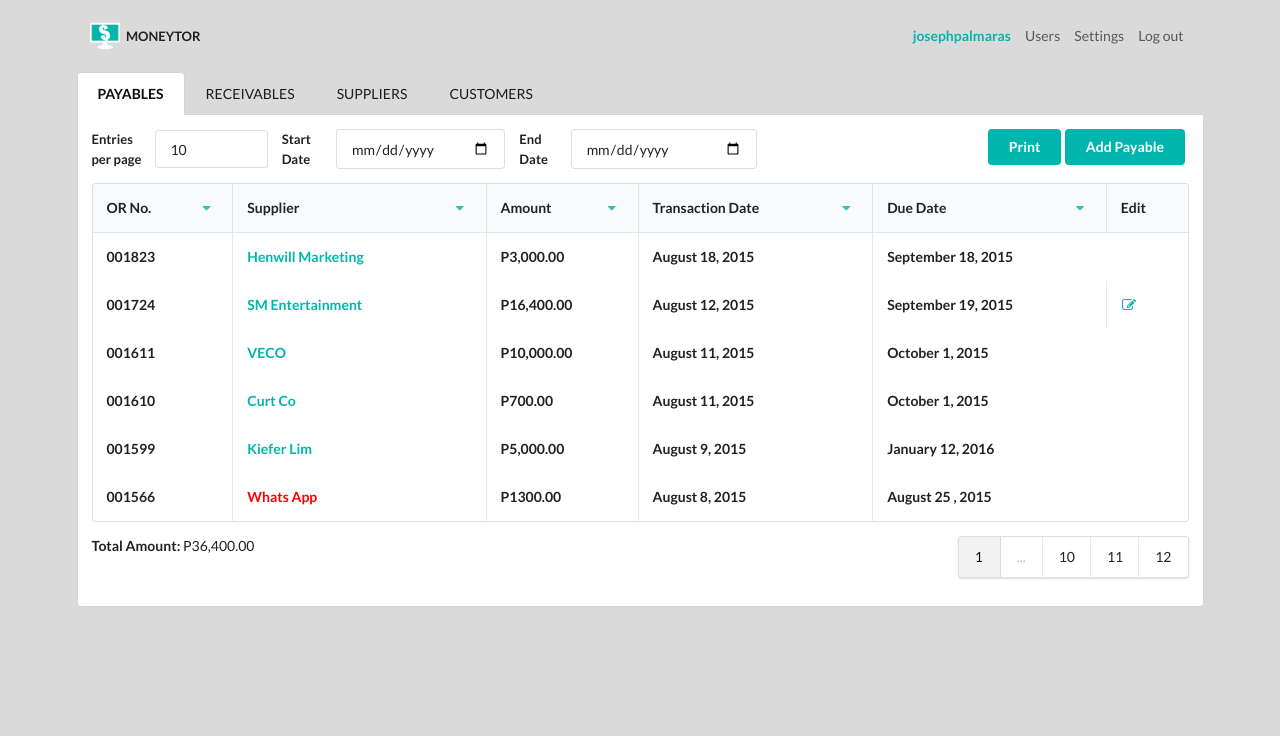
Repository: TV5/MoneyTor
Page: Workspace/MoneyTor/war/main.html
The author's editor kept a copy of each file at every save. The page is drawn from the files as they stood at one save, then again after the next save.
The browser window is 1280 px wide. The pictures show the whole page.

Above is the page before, as saved 2015-10-01 07:38:24.

After the next save:
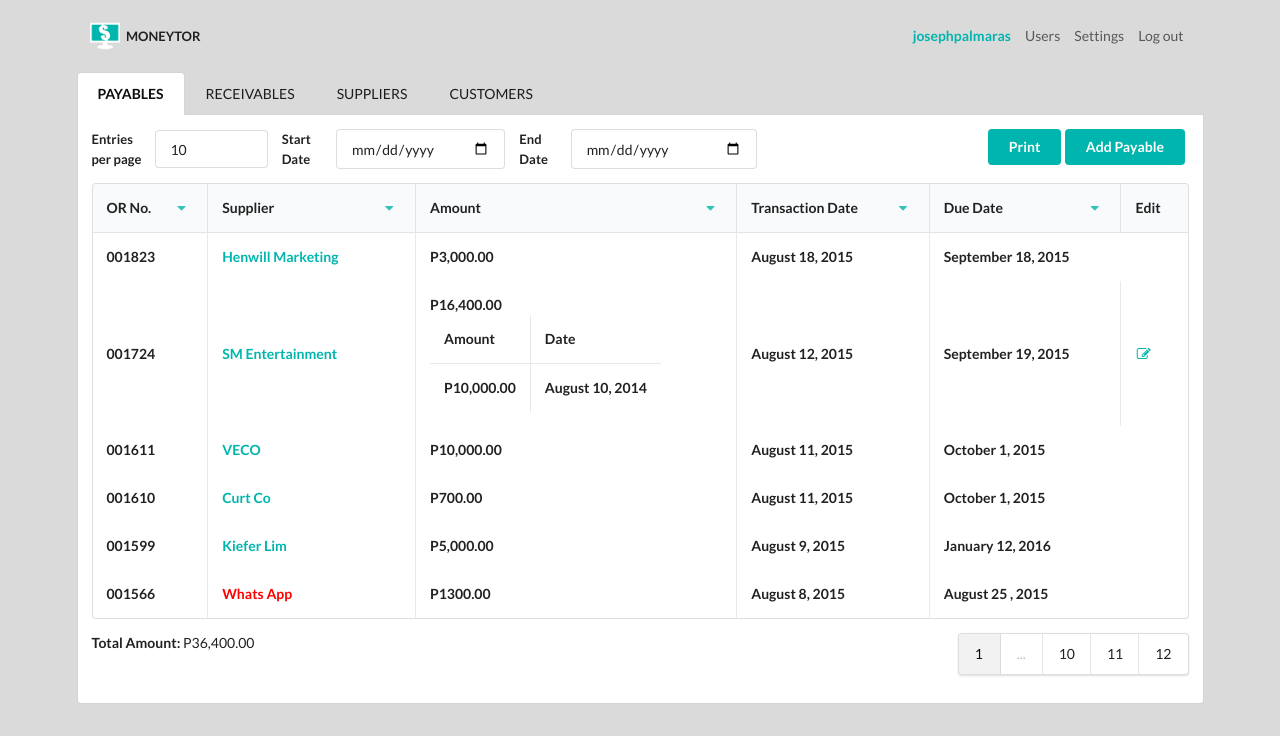
Saved 2 min 4 s later.
--- a/Workspace/MoneyTor/war/main.html
+++ b/Workspace/MoneyTor/war/main.html
@@ -154,7 +154,19 @@
 	  	<tr>
 	    <th>001724</th>
 	    <th><a href="#">SM Entertainment</a> </th>
-	    <th>P16,400.00</th>
+	    <th>
+	    	P16,400.00
+	    	<table>
+	    		<tr>
+	    		<th>Amount</th>
+	    		<th>Date</th>
+	    		</tr>
+	    		<tr>
+	    		<td>P10,000.00</td>
+	    		<td>August 10, 2014</td>
+	    		</tr>
+	    	</table>
+	    </th>
 	    <th>August 12, 2015</th>
 	    <th>September 19, 2015</th>
 	    <th> <a href="#" onClick="editData()"><i class="edit icon"></i></a></th>
